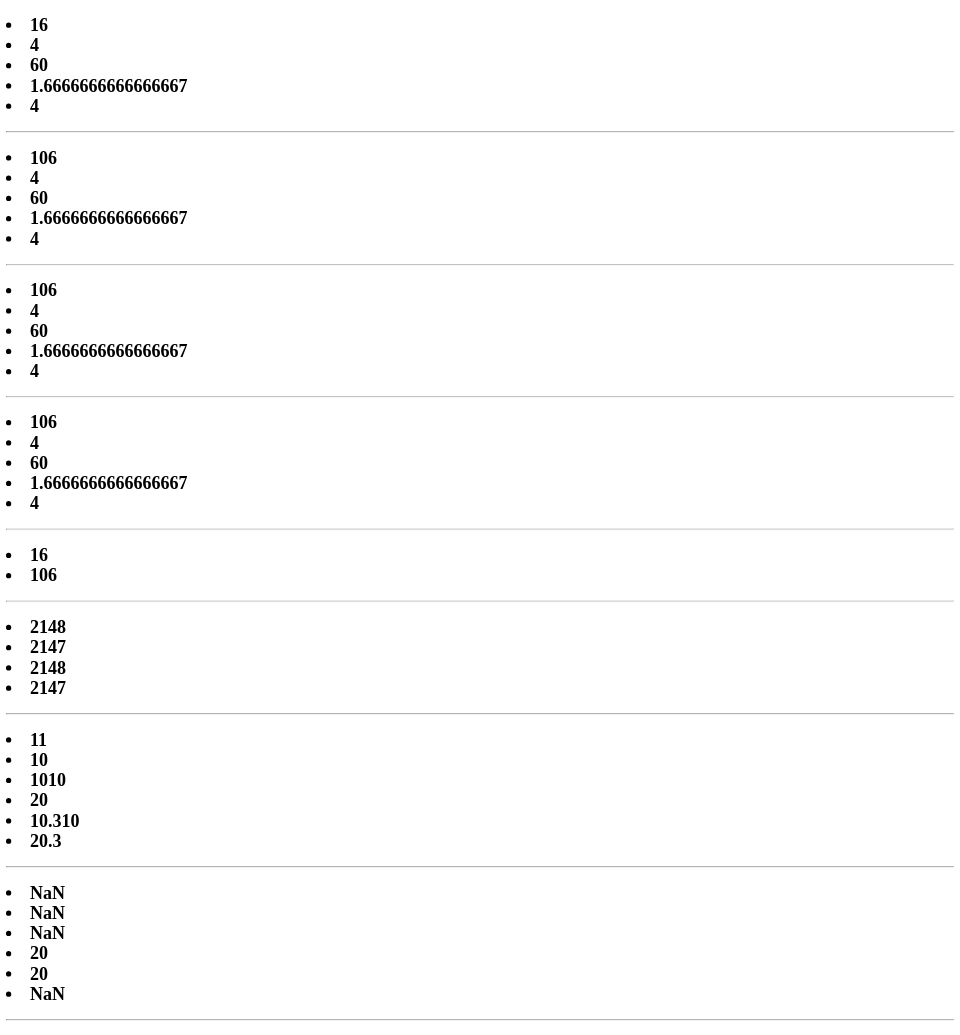
Repository: ady0099/webstudy
Page: 03_javascript/src/main/webapp/day03/ex01_number.html
These files come from the project's save history. The page is drawn as it stood at one moment and after the next save; the edit follows.
The browser window is 1280 px wide. The pictures show the whole page, at 75% of full size.

Above is the page before, as saved 2023-06-29 01:52:29.
Console error: ReferenceError: pasreInt is not defined

### 03_javascript/src/main/webapp/day03/ex01_number.html
<!DOCTYPE html>
<html>
	<head>
		<meta charset="UTF-8">
		<title>Number 클래스</title>
		<script type="text/javascript">
			var s1 = 10;
			var s2 = 6;
			document.write("<h2>");
			document.write("<li>"+(s1+s2)+"</li>");
			document.write("<li>"+(s1-s2)+"</li>");
			document.write("<li>"+(s1*s2)+"</li>");
			document.write("<li>"+(s1/s2)+"</li>");
			document.write("<li>"+(s1%s2)+"</li>");
			document.write("</h2>");
			document.write("<hr>");

			var s1 = "10";
			var s2 = "6";
			document.write("<h2>");
			document.write("<li>"+(s1+s2)+"</li>"); // 계산X, 문자열 결합
			document.write("<li>"+(s1-s2)+"</li>"); // 이하 계산가능
			document.write("<li>"+(s1*s2)+"</li>");
			document.write("<li>"+(s1/s2)+"</li>");
			document.write("<li>"+(s1%s2)+"</li>");
			document.write("</h2>");
			document.write("<hr>");

			var s1 = 10;
			var s2 = "6";
			document.write("<h2>");
			document.write("<li>"+(s1+s2)+"</li>"); // 계산X, 문자열 결합
			document.write("<li>"+(s1-s2)+"</li>"); // 이하 계산가능
			document.write("<li>"+(s1*s2)+"</li>");
			document.write("<li>"+(s1/s2)+"</li>");
			document.write("<li>"+(s1%s2)+"</li>");
			document.write("</h2>");
			document.write("<hr>");

			var s1 = "10";
			var s2 = 6;
			document.write("<h2>");
			document.write("<li>"+(s1+s2)+"</li>"); // 계산X, 문자열 결합
			document.write("<li>"+(s1-s2)+"</li>"); // 이하 계산가능
			document.write("<li>"+(s1*s2)+"</li>");
			document.write("<li>"+(s1/s2)+"</li>");
			document.write("<li>"+(s1%s2)+"</li>");
			document.write("</h2>");
			document.write("<hr>");

			// 숫자를 문자열로 변경 toString()
			s1 = 10;
			s2 = 6;
			document.write("<h2>");
			document.write("<li>" +(s1+s2)+"</li>");
			document.write("<li>" +(s1.toString()+s2)+"</li>");
			document.write("</h2>");
			document.write("<hr>");

			// toFixed(자릿수) : 지정된 소숫점 이하 자릿수 작성(반올림), 음수는 사용 못함
			document.write("<h2>");
			s1 = 2147.656;
			s2 = 2147.444

			document.write("<li>"+s1.toFixed(0)+"</li>"); // 2148
			document.write("<li>"+s2.toFixed(0)+"</li>"); // 2147

			document.write("<li>"+s1.toFixed(0)+"</li>"); // 2147.7
			document.write("<li>"+s2.toFixed(0)+"</li>"); // 2147.4


			document.write("</h2>");
			document.write("<hr>");


			// 문자열을 숫자로 변환 : Number, parseInt, parseFloat
			// Non(Not a Number) : 숫자가 들어갈 자리에 숫자가 아닌 다른 값이 들어오면 표시되는 예약어
			// isNaN : NaN을 확인하는 함수(Nan이면 true, 아니면 false);
			document.write("<h2>");
			document.write("<li>"+(Number(true)+10)+"</li>"); 	// 11
			document.write("<li>"+(Number(false)+10)+"</li>"); 	// 10
			document.write("<li>"+("10"+10)+"</li>"); 			// 1010
			document.write("<li>"+(Number("10")+10)+"</li>"); 	// 20
			document.write("<li>"+("10.3"+10)+"</li>"); 		// 10.310
			document.write("<li>"+(Number("10.3")+10)+"</li>"); // 20.3
			document.write("</h2>");
			document.write("<hr>");

			document.write("<h2>");
			document.write("<li>"+(Number("10,003")+10)+"</li>"); 	// NaN
			document.write("<li>"+(Number("10A")+10)+"</li>"); 		// NaN
			document.write("<li>"+(Number("A10")+10)+"</li>"); 		// NaN
			document.write("<li>"+(Number("  10")+10)+"</li>"); 	// 20
			document.write("<li>"+(Number("10  ")+10)+"</li>"); 	// 20
			document.write("<li>"+(Number("hello")+10)+"</li>"); 	// NaN
			document.write("</h2>");
			document.write("<hr>");

			// 숫자로 시작해서 문자를 만나기 전까지의 숫자는 숫자로 변경
			document.write("<h2>");
			document.write("<li>"+(pasreInt(true)+10)+"</li>"); 	// NaN
			document.write("<li>"+(pasreInt(false)+10)+"</li>"); 	// NaN
			document.write("<li>"+(pasreInt("10,003")+10)+"</li>"); // 20
			document.write("<li>"+(pasreInt("10A")+10)+"</li>"); 	// 20
			document.write("<li>"+(pasreInt("A10")+10)+"</li>"); 	// NaN
			document.write("<li>"+(pasreInt("  10")+10)+"</li>"); 	// 20
			document.write("<li>"+(pasreInt("10  ")+10)+"</li>"); 	// 20
			document.write("<li>"+(pasreInt("hello")+10)+"</li>"); 	// NaN
			document.write("</h2>");
			document.write("<hr>");


		</script>
	</head>
	<body>

	</body>
</html>

After the next save:
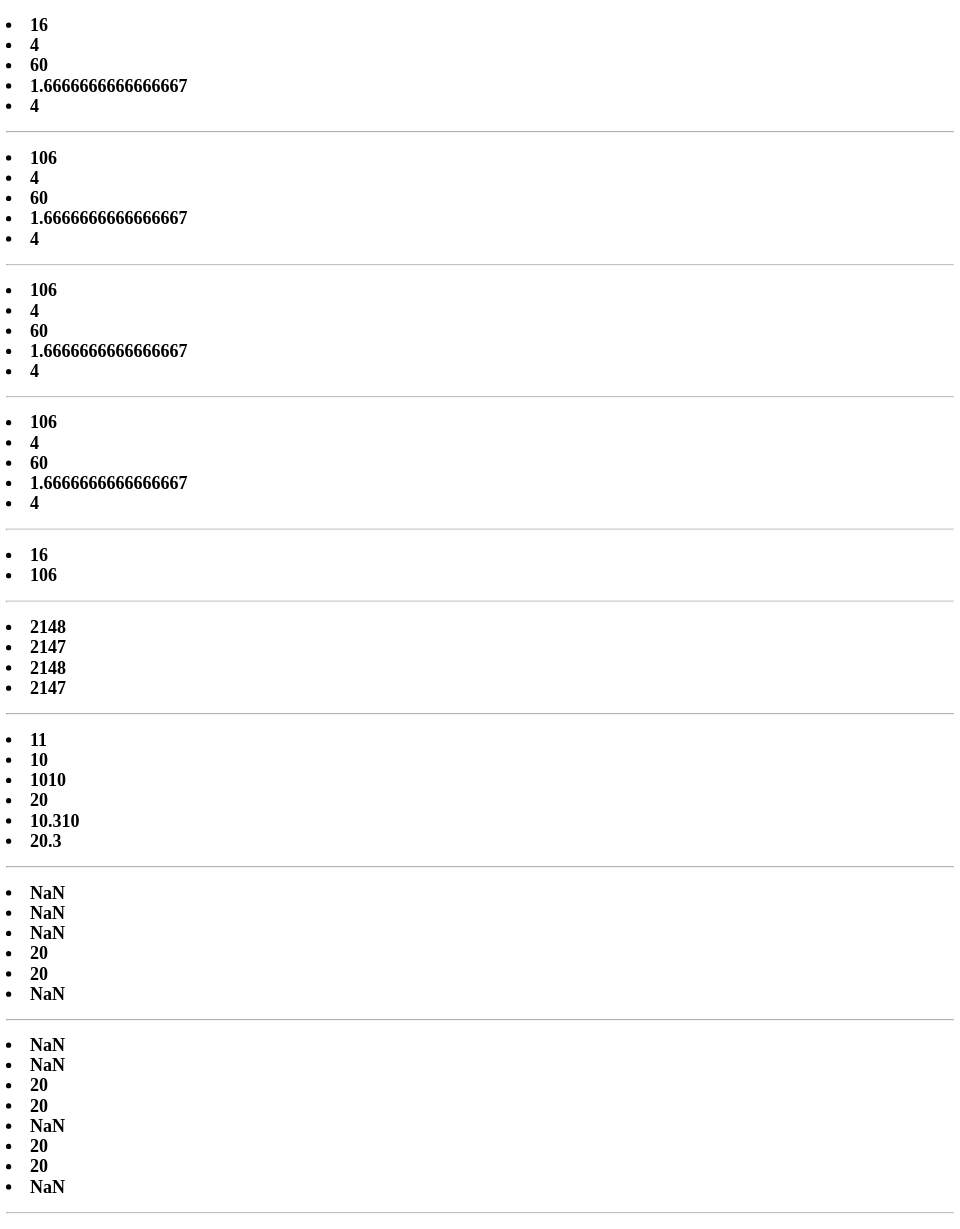
Saved 43 s later.
--- a/03_javascript/src/main/webapp/day03/ex01_number.html
+++ b/03_javascript/src/main/webapp/day03/ex01_number.html
@@ -98,6 +98,18 @@
 
 			// 숫자로 시작해서 문자를 만나기 전까지의 숫자는 숫자로 변경
 			document.write("<h2>");
+				document.write("<li>" + (parseInt(true) + 10) + "</li>");     // NaN
+	document.write("<li>" + (parseInt(false) + 10) + "</li>");    // NaN
+	document.write("<li>" + (parseInt("10,003") + 10) + "</li>"); // 20
+	document.write("<li>" + (parseInt("10A") + 10) + "</li>");    // 20
+	document.write("<li>" + (parseInt("A10") + 10) + "</li>");    // NaN
+	document.write("<li>" + (parseInt("   10") + 10) + "</li>");  // 20
+	document.write("<li>" + (parseInt("10   ") + 10) + "</li>");  // 20
+	document.write("<li>" + (parseInt("hello") + 10) + "</li>");  // NaN
+
+	document.write("</h2>");
+	document.write("<hr>");
+			document.write("<h2>");
 			document.write("<li>"+(pasreInt(true)+10)+"</li>"); 	// NaN
 			document.write("<li>"+(pasreInt(false)+10)+"</li>"); 	// NaN
 			document.write("<li>"+(pasreInt("10,003")+10)+"</li>"); // 20
